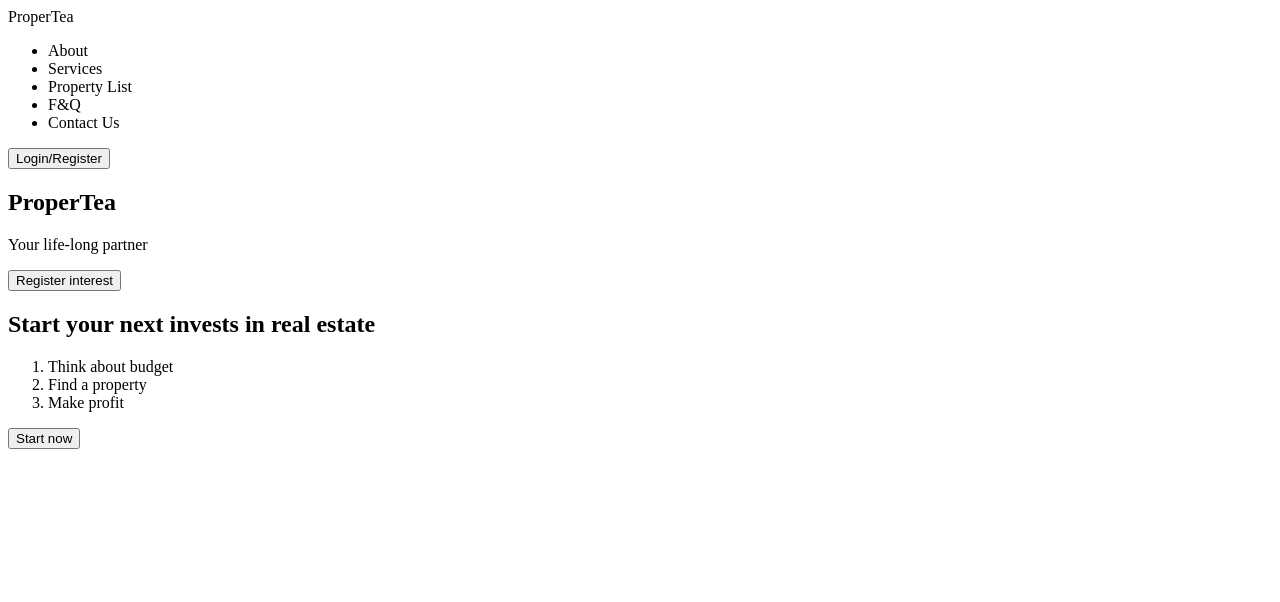
Repository: jijip41/Creating-website-1
Page: portfolio/index.html
These files come from the project's save history. The page is drawn as it stood at one moment and after the next save; the edit follows.
The browser window is 1280 px wide. The pictures show the whole page.

Above is the page before, as saved 2021-02-05 22:11:19.

After the next save:
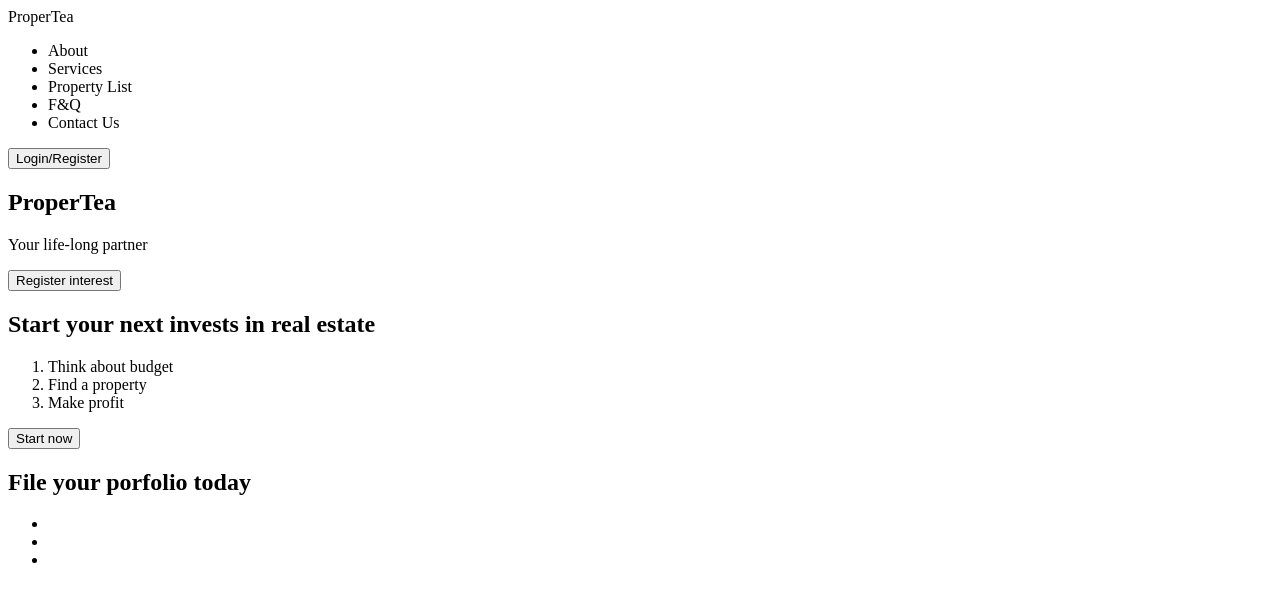
Saved 67 s later.
--- a/portfolio/index.html
+++ b/portfolio/index.html
@@ -38,5 +38,13 @@
       </ol>
       <button>Start now</button>
     </section>
+    <section>
+      <h1>File your porfolio today</h1>
+      <ul>
+        <li></li>
+        <li></li>
+        <li></li>
+      </ul>
+    </section>
   </body>
 </html>
